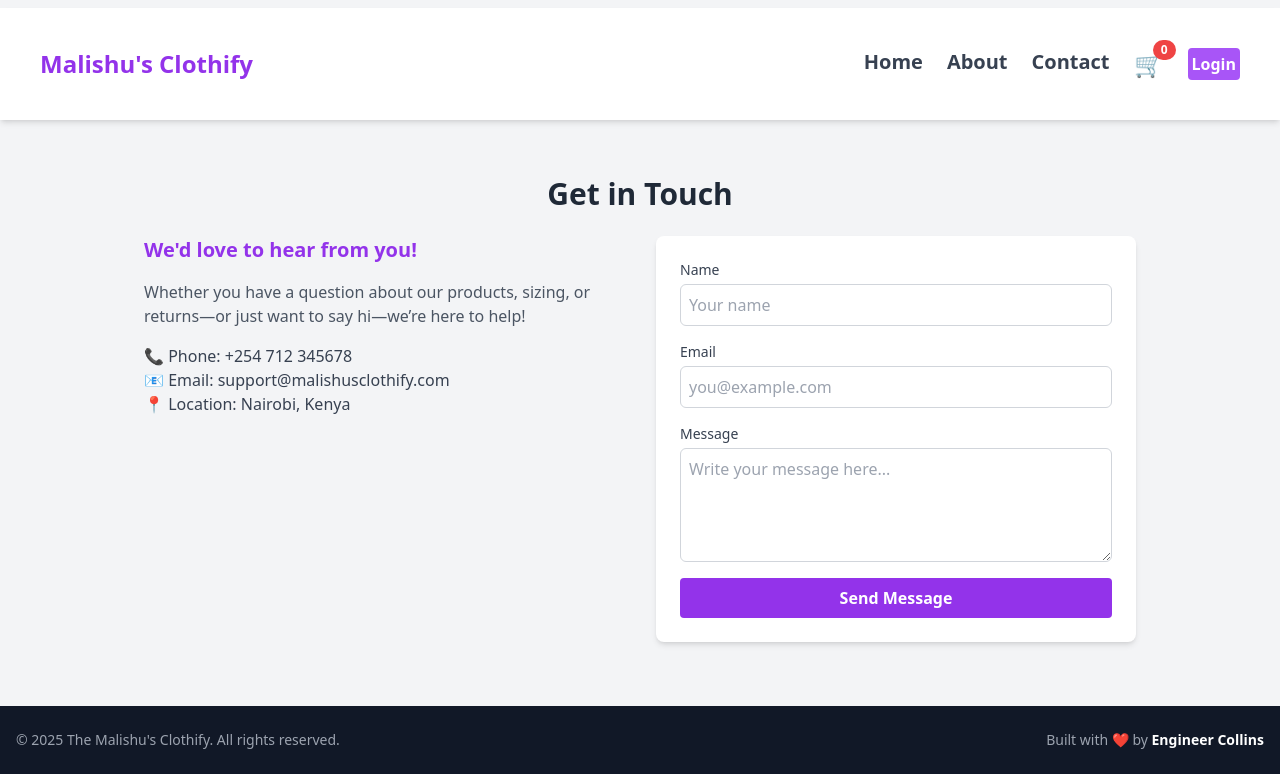
Repository: Engineer-collo/Modern-Ecommerce-Application
Page: /contact
These files come from the project's save history. The page is drawn as it stood at one moment and after a run of saves; the edit follows.
The browser window is 1280 px wide. The pictures show the whole page.
The project was rebuilt for these pictures with package versions that can differ from the ones it lists, and the page was loaded fresh each time. Also part of the build but not shown: vite.config.js, src/components/SignupForm.jsx, src/components/LoginForm.jsx, src/components/ProductCard.jsx, src/components/OfferCountdown.jsx, src/components/ProductFeed.jsx, src/components/About.jsx, src/components/Cart.jsx and 1 more.

Above is the page before, as saved 2025-05-26 09:59:50.

After the next 2 saves:
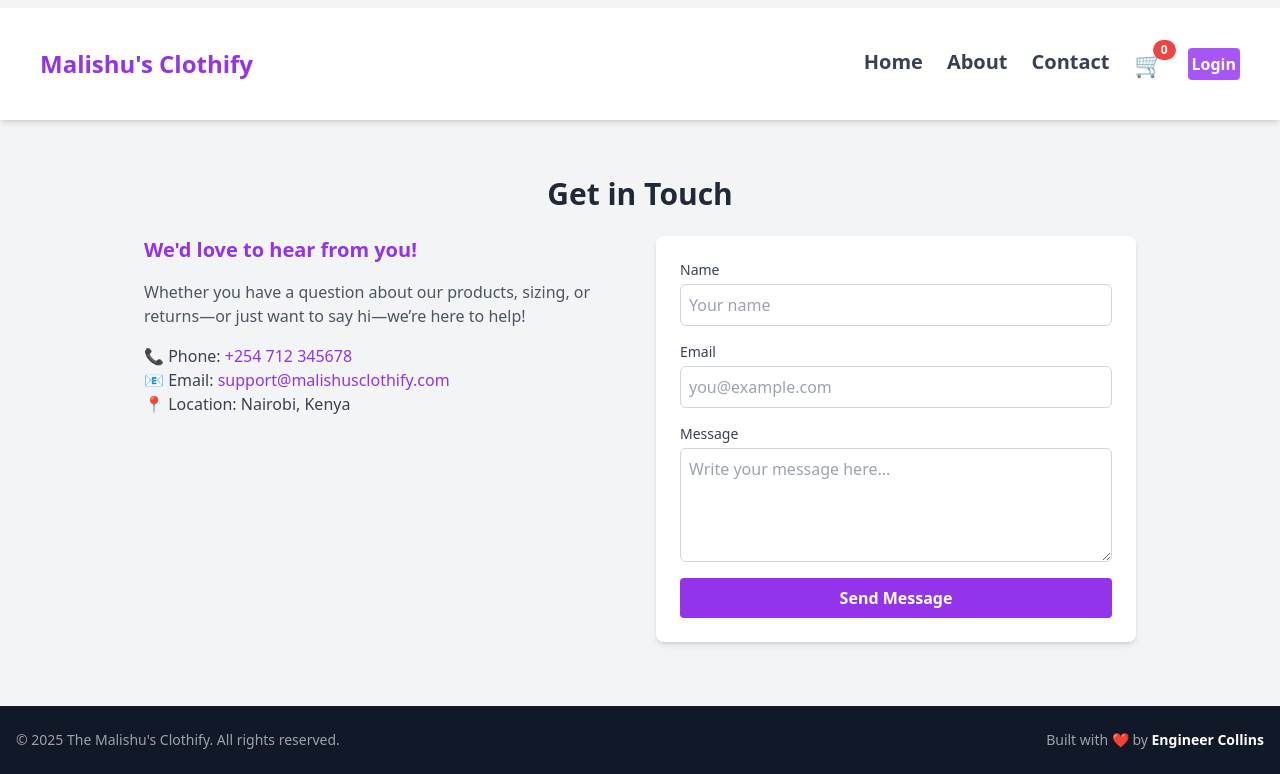
The 2 saves are shown as one change because they came seconds apart.
The last was saved 8 min 9 s later.
--- a/src/components/Contact.jsx
+++ b/src/components/Contact.jsx
@@ -1,6 +1,6 @@
 import React, { useState } from 'react';
 
-const Contact = ({showSuccessToast}) => {
+const Contact = ({ showSuccessToast }) => {
   const [form, setForm] = useState({ name: '', email: '', message: '' });
 
   const handleChange = (e) => {
@@ -9,13 +9,11 @@ const Contact = ({showSuccessToast}) => {
 
   const handleSubmit = (e) => {
     e.preventDefault();
-    // You can integrate with EmailJS, Formspree, etc.
-    showSuccessToast("Message sent Successfully.")
+    showSuccessToast("Message sent Successfully.");
     setForm({ name: '', email: '', message: '' });
   };
 
   return (
-    <>
     <div className="max-w-5xl mx-auto p-4 mt-10">
       <h2 className="text-3xl font-bold text-center mb-6 text-gray-800">Get in Touch</h2>
 
@@ -27,9 +25,16 @@ const Contact = ({showSuccessToast}) => {
             Whether you have a question about our products, sizing, or returns—or just want to say hi—we’re here to help!
           </p>
           <div>
-            <p className="text-gray-700 font-medium">📞 Phone: <span className="font-normal">+254 712 345678</span></p>
-            <p className="text-gray-700 font-medium">📧 Email: <span className="font-normal">support@malishusclothify.com</span></p>
-            <p className="text-gray-700 font-medium">📍 Location: <span className="font-normal">Nairobi, Kenya</span></p>
+            <p className="text-gray-700 font-medium">
+              📞 Phone: <a href="tel:+254712345678" className="font-normal text-purple-600 hover:underline">+254 712 345678</a>
+            </p>
+            <p className="text-gray-700 font-medium">
+              📧 Email: <a href="mailto:support@malishusclothify.com" className="font-normal text-purple-600 hover:underline">support@malishusclothify.com</a>
+            </p>
+            <p className="text-gray-700 font-medium">
+              📍 Location: <span className="font-normal">Nairobi, Kenya</span>
+              {/* Optional: <a href="https://goo.gl/maps/..." target="_blank" rel="noopener noreferrer" className="ml-2 text-purple-600 hover:underline">View on Map</a> */}
+            </p>
           </div>
         </div>
 
@@ -83,7 +88,6 @@ const Contact = ({showSuccessToast}) => {
         </form>
       </div>
     </div>
-    </>
   );
 };
 
